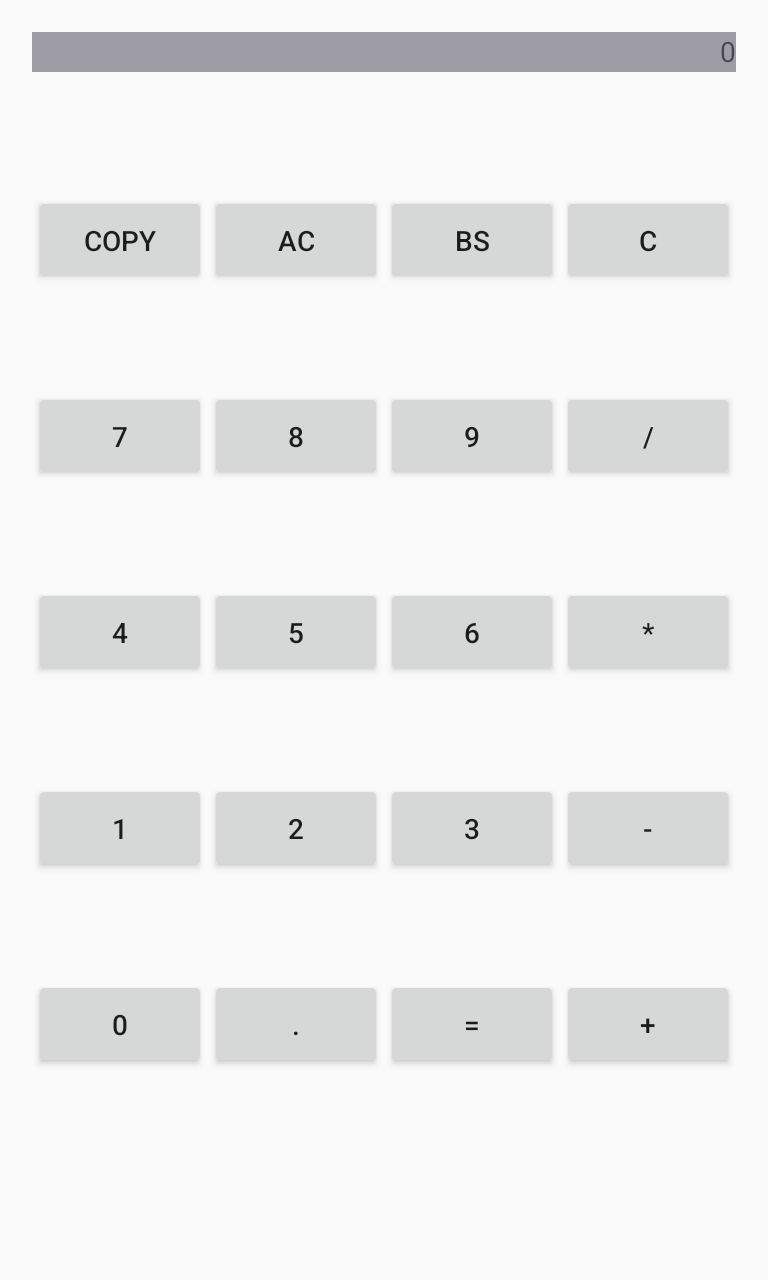
Repository: y-matsumoto/TECH.C-2015
Layout: submit/shokei/java0704/Calculator/res/layout/activity_main.xml
These files come from the project's save history. The layout is drawn as it stood at one moment and after the next save; the edit follows.
It is drawn on a 768 x 1280 px phone screen (xhdpi) without system bars, with theme AppTheme; the app's code is not run.

Above is the layout before, as saved 2015-07-04 07:18:39.

After the next save:
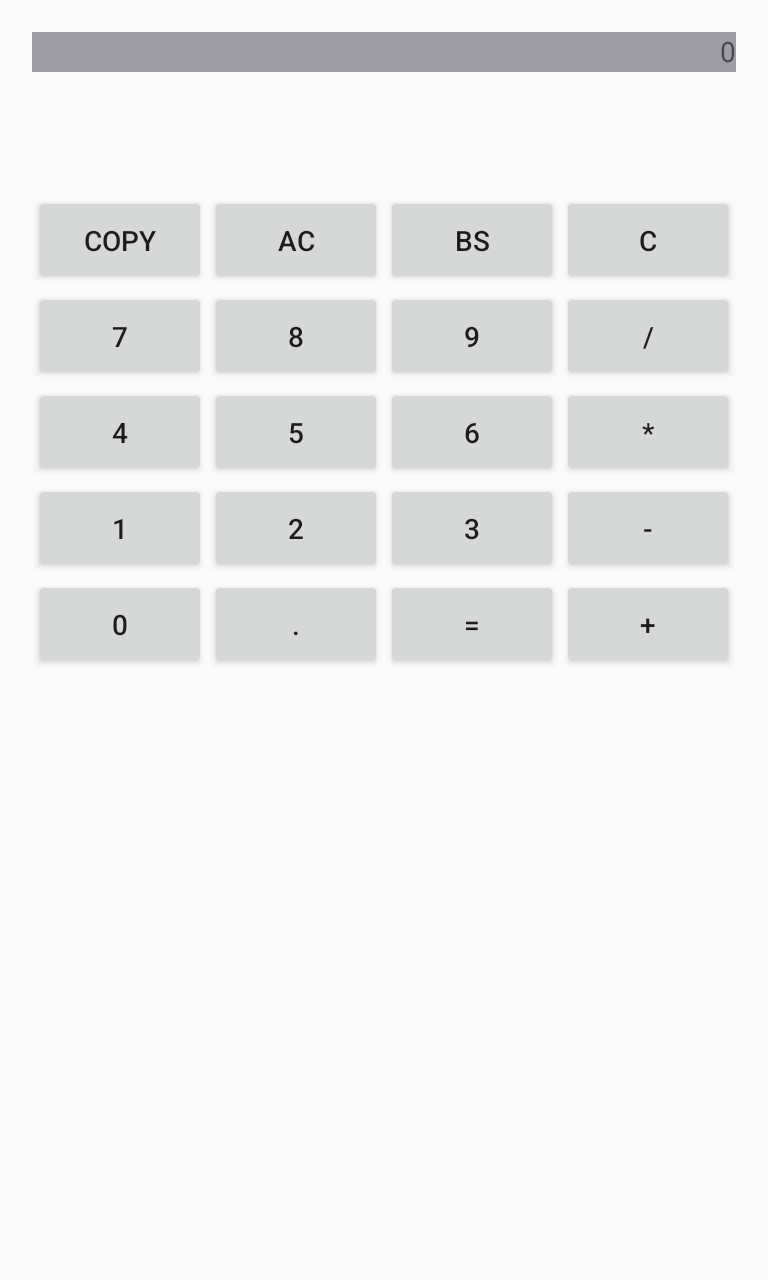
Saved 35 s later.
--- a/submit/shokei/java0704/Calculator/res/layout/activity_main.xml
+++ b/submit/shokei/java0704/Calculator/res/layout/activity_main.xml
@@ -65,7 +65,6 @@
         android:layout_width="wrap_content"
         android:layout_height="wrap_content"
         android:layout_below="@+id/line1"
-        android:layout_marginTop="50dp"
         android:orientation="horizontal" >
 
         <Button
@@ -102,7 +101,6 @@
         android:layout_width="wrap_content"
         android:layout_height="wrap_content"
         android:layout_below="@+id/line2"
-        android:layout_marginTop="50dp"
         android:orientation="horizontal" >
 
         <Button
@@ -139,7 +137,6 @@
         android:layout_width="wrap_content"
         android:layout_height="wrap_content"
         android:layout_below="@+id/line3"
-        android:layout_marginTop="50dp"
         android:orientation="horizontal" >
 
         <Button
@@ -176,7 +173,6 @@
         android:layout_width="wrap_content"
         android:layout_height="wrap_content"
         android:layout_below="@+id/line4"
-        android:layout_marginTop="50dp"
         android:orientation="horizontal" >
 
         <Button
@@ -208,5 +204,4 @@
             android:text="+" />
     </LinearLayout>
 
-
 </RelativeLayout>
